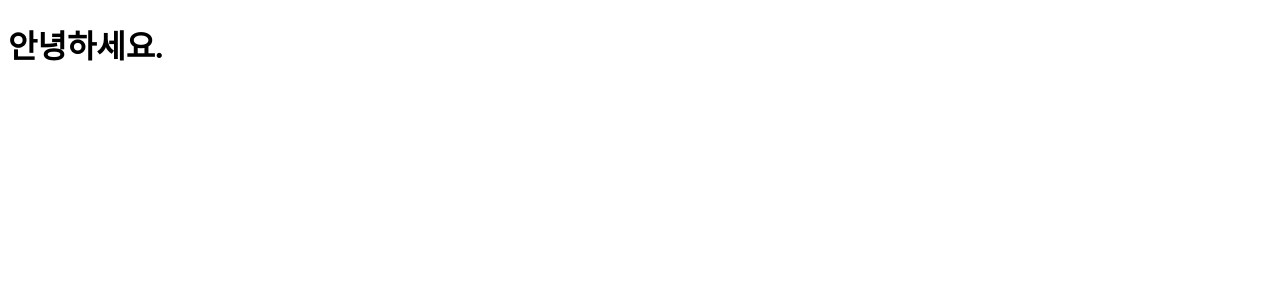
Repository: chanakoh/servlet
Page: http://localhost/Join/register.jsp
These files come from the project's save history. The page is drawn as it stood at one moment and after the next save; the edit follows.
The browser window is 1280 px wide. The pictures show the whole page.
The page is served by Tomcat 9.

Above is the page before, as saved 2023-11-07 00:33:48.

After the next save:
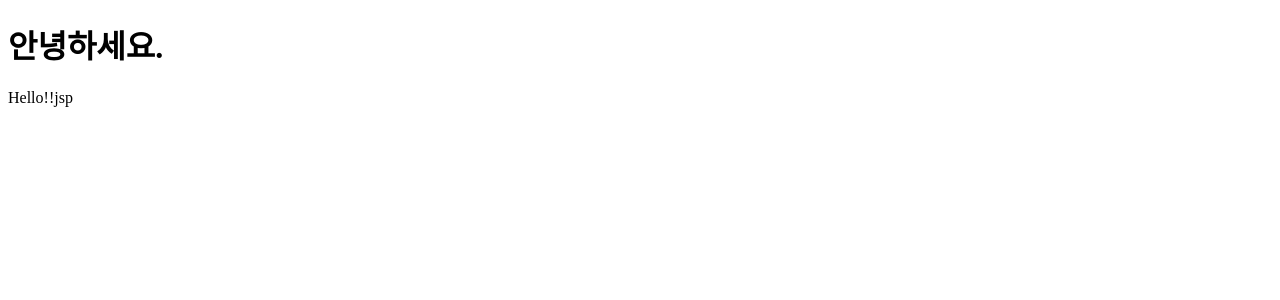
Saved 3 min 54 s later.
--- a/Join/src/main/webapp/register.jsp
+++ b/Join/src/main/webapp/register.jsp
@@ -8,5 +8,9 @@
 </head>
 <body>
 <h1>안녕하세요.</h1>
+<%
+String msg="Hello!!jsp";
+out.println(msg);
+%>
 </body>
 </html>
